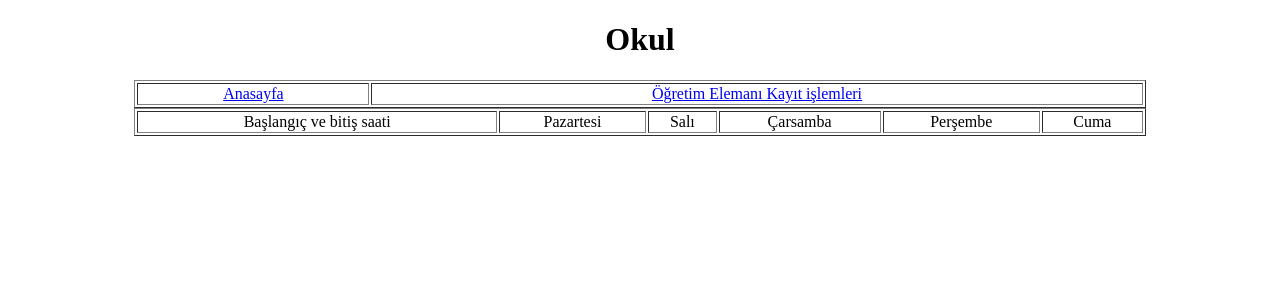
Repository: Egemen-ve-Burakhan-internet-final/final
Page: http://localhost/ogretim/
These files come from the project's save history. The page is drawn as it stood at one moment and after the next save; the edit follows.
The browser window is 1280 px wide. The pictures show the whole page.
The page is served by Tomcat 9. Other server files are loaded and not shown. Queries for data that is not in the repository find no rows.

Above is the page before, as saved 2020-05-30 13:57:27.

### okul/ogretim/WebContent/index.jsp
<%@ page language="java" contentType="text/html; charset=UTF-8"
    pageEncoding="UTF-8"%>
   <%@ page import="java.sql.DriverManager"%>
   <%@ page import="java.sql.ResultSet"%>
   <%@ page import="java.sql.Statement"%>
   <%@ page import="java.sql.Connection"%>
<!DOCTYPE html>
<html>
	<head>
		<title>Ana Sayfa</title>
	</head>
	<body>
            <%
                Connection connection = DriverManager.getConnection(
                "jdbc:sqlserver://localhost:1433;databaseName=okuldb;integratedSecurity=true;");

            Statement statement1 = connection.createStatement();
            Statement statement2 = connection.createStatement();
            Statement statement3 = connection.createStatement();
            Statement statement4 = connection.createStatement();
            Statement statement5 = connection.createStatement();
            Statement statement6 = connection.createStatement();
            Statement statement7 = connection.createStatement();
            Statement statement8 = connection.createStatement();
            Statement statement9 = connection.createStatement();
            Statement statement10 = connection.createStatement();
            Statement statement11 = connection.createStatement();
            Statement statement12 = connection.createStatement();

            ResultSet resultset1 = statement1.executeQuery("select * from dersler where ders_id=1 and dolu =1");
            ResultSet resultset2 = statement2.executeQuery("select * from dersler where ders_id=2 and dolu =1");
            ResultSet resultset3 = statement3.executeQuery("select * from dersler where ders_id=3 and dolu =1");
            ResultSet resultset4 = statement4.executeQuery("select * from dersler where ders_id=4 and dolu =1");
            ResultSet resultset5 = statement5.executeQuery("select * from dersler where ders_id=5 and dolu =1");
            ResultSet resultset6 = statement6.executeQuery("select * from dersler where ders_id=6 and dolu =1");
            ResultSet resultset7 = statement7.executeQuery("select * from dersler where ders_id=7 and dolu =1");
            ResultSet resultset8 = statement8.executeQuery("select * from dersler where ders_id=8 and dolu =1");
            ResultSet resultset9 = statement9.executeQuery("select * from dersler where ders_id=9 and dolu =1");
            ResultSet resultset10= statement10.executeQuery("select * from dersler where ders_id=10 and dolu =1");
            ResultSet resultset11= statement11.executeQuery("select * from dersler where ders_id=11 and dolu =1");
            ResultSet resultset12= statement12.executeQuery("select * from dersler where ders_id=12 and dolu =1");

            Statement statement13 = connection.createStatement();
            Statement statement14 = connection.createStatement();
            Statement statement15 = connection.createStatement();
            Statement statement16 = connection.createStatement();
            Statement statement17 = connection.createStatement();
            Statement statement18 = connection.createStatement();
            Statement statement19 = connection.createStatement();
            Statement statement20 = connection.createStatement();
            Statement statement21 = connection.createStatement();
            Statement statement22 = connection.createStatement();
            Statement statement23 = connection.createStatement();
            Statement statement24 = connection.createStatement();

            ResultSet ogr1 = statement13.executeQuery("select * from ogretmen_kayit where ders_secim = 1");
            ResultSet ogr2 = statement14.executeQuery("select * from ogretmen_kayit where ders_secim = 2");
            ResultSet ogr3 = statement15.executeQuery("select * from ogretmen_kayit where ders_secim = 3");
            ResultSet ogr4 = statement16.executeQuery("select * from ogretmen_kayit where ders_secim = 4");
            ResultSet ogr5 = statement17.executeQuery("select * from ogretmen_kayit where ders_secim = 5");
            ResultSet ogr6 = statement18.executeQuery("select * from ogretmen_kayit where ders_secim = 6");
            ResultSet ogr7 = statement19.executeQuery("select * from ogretmen_kayit where ders_secim = 7");
            ResultSet ogr8 = statement20.executeQuery("select * from ogretmen_kayit where ders_secim = 8");
            ResultSet ogr9 = statement21.executeQuery("select * from ogretmen_kayit where ders_secim = 9");
            ResultSet ogr10 = statement22.executeQuery("select * from ogretmen_kayit where ders_secim = 10");
            ResultSet ogr11 = statement23.executeQuery("select * from ogretmen_kayit where ders_secim = 11");
            ResultSet ogr12 = statement24.executeQuery("select * from ogretmen_kayit where ders_secim = 12");

            %>

		    <div>

				<div>
					<h1 style="text-align:center">Okul</h1>
				</div>

				<div>
					<table border=1px; width="80%" align= center>
						<tr>
							<td style="text-align:center"><a href="index.jsp">Anasayfa</a></td>
							<td style="text-align:center"><a href="ogretmen_kayit.jsp">Öğretim Elemanı Kayıt işlemleri</a></td>
						</tr>
					</table>
				</div>

				<div>

					<table border = 1px; align = center width=80% style="text-align:center">

					  <tr>
						<td>Başlangıç ve bitiş saati</td>
						<td>Pazartesi</td>
						<td>Salı</td>
						<td>Çarsamba</td>
						<td>Perşembe</td>
						<td>Cuma</td>

					  </tr>
			            <% while(resultset1.next()){ %>
			            <% while(resultset2.next()){ %>
			            <% while(resultset3.next()){ %>
			            <% while(resultset4.next()){ %>
			            <% while(resultset5.next()){ %>
			            <% while(resultset6.next()){ %>
			            <% while(resultset7.next()){ %>
			            <% while(resultset8.next()){ %>
			            <% while(resultset9.next()){ %>
			            <% while(resultset10.next()){ %>
			            <% while(resultset11.next()){ %>
			            <% while(resultset12.next()){ %>

			            <% while(ogr1.next()){ %>
			            <% while(ogr2.next()){ %>
			            <% while(ogr3.next()){ %>
			            <% while(ogr4.next()){ %>
			            <% while(ogr5.next()){ %>
			            <% while(ogr6.next()){ %>
			            <% while(ogr7.next()){ %>
			            <% while(ogr8.next()){ %>
			            <% while(ogr9.next()){ %>
			            <% while(ogr10.next()){ %>
			            <% while(ogr11.next()){ %>
			            <% while(ogr12.next()){ %>
			           <tr>
			            	<td> 9:00 - 9:45 </td>
			            	<td> <%= resultset1.getString("ders_adi") %> <br> (<%= ogr1.getString("ogretmen_unvan") %> <%= ogr1.getString("ogretmen_adi") %>) </td>
			            	<td> <%= resultset5.getString("ders_adi") %> <br> (<%= ogr5.getString("ogretmen_unvan") %> <%= ogr5.getString("ogretmen_adi") %>) </td>
			                <td> <%= resultset9.getString("ders_adi") %> <br> (<%= ogr9.getString("ogretmen_unvan") %> <%= ogr9.getString("ogretmen_adi") %>) </td>
			                <td> <%= resultset1.getString("ders_adi") %> <br> (<%= ogr1.getString("ogretmen_unvan") %> <%= ogr1.getString("ogretmen_adi") %>) </td>
			                <td> <%= resultset9.getString("ders_adi") %> <br> (<%= ogr9.getString("ogretmen_unvan") %> <%= ogr9.getString("ogretmen_adi") %>) </td>

			           </tr>

			           <tr>
			                <td> 10:00 - 10:45 </td>
			            	<td> <%= resultset1.getString("ders_adi") %> <br> (<%= ogr1.getString("ogretmen_unvan") %> <%= ogr1.getString("ogretmen_adi") %>) </td>
			            	<td> <%= resultset5.getString("ders_adi") %> <br> (<%= ogr5.getString("ogretmen_unvan") %> <%= ogr5.getString("ogretmen_adi") %>) </td>
			                <td> <%= resultset9.getString("ders_adi") %> <br> (<%= ogr9.getString("ogretmen_unvan") %> <%= ogr9.getString("ogretmen_adi") %>) </td>
			                <td> <%= resultset1.getString("ders_adi") %> <br> (<%= ogr1.getString("ogretmen_unvan") %> <%= ogr1.getString("ogretmen_adi") %>) </td>
			                <td> <%= resultset9.getString("ders_adi") %> <br> (<%= ogr9.getString("ogretmen_unvan") %> <%= ogr9.getString("ogretmen_adi") %>) </td>
			           </tr>

			           <tr>
			            	<td> 11:00 - 11:45 </td>
			            	<td> <%= resultset2.getString("ders_adi") %> <br> (<%= ogr2.getString("ogretmen_unvan") %> <%= ogr2.getString("ogretmen_adi") %>) </td>
			            	<td> <%= resultset6.getString("ders_adi") %> <br> (<%= ogr6.getString("ogretmen_unvan") %> <%= ogr6.getString("ogretmen_adi") %>) </td>
                            <td> <%= resultset3.getString("ders_adi") %> <br> (<%= ogr3.getString("ogretmen_unvan") %> <%= ogr3.getString("ogretmen_adi") %>) </td>
			            	<td> <%= resultset9.getString("ders_adi") %> <br> (<%= ogr9.getString("ogretmen_unvan") %> <%= ogr9.getString("ogretmen_adi") %>) </td>
			            	<td> <%= resultset6.getString("ders_adi") %> <br> (<%= ogr6.getString("ogretmen_unvan") %> <%= ogr6.getString("ogretmen_adi") %>) </td>

			           </tr>
			           <tr>
			                <td> 11:55 - 12:40 </td>
			            	<td> <%= resultset2.getString("ders_adi") %> <br> (<%= ogr2.getString("ogretmen_unvan") %> <%= ogr2.getString("ogretmen_adi") %>) </td>
			            	<td> <%= resultset6.getString("ders_adi") %> <br> (<%= ogr6.getString("ogretmen_unvan") %> <%= ogr6.getString("ogretmen_adi") %>) </td>
                            <td> <%= resultset3.getString("ders_adi") %> <br> (<%= ogr3.getString("ogretmen_unvan") %> <%= ogr3.getString("ogretmen_adi") %>) </td>
			            	<td> <%= resultset9.getString("ders_adi") %> <br> (<%= ogr9.getString("ogretmen_unvan") %> <%= ogr9.getString("ogretmen_adi") %>) </td>
			            	<td> <%= resultset6.getString("ders_adi") %> <br> (<%= ogr6.getString("ogretmen_unvan") %> <%= ogr6.getString("ogretmen_adi") %>) </td>
			           </tr>

			           <tr>
			                <td colspan = "6"> ÖĞLEN ARASI </td>
			           </tr>

			           <tr>
			            	<td> 13:25 - 14:10 </td>
			            	<td> <%= resultset3.getString("ders_adi") %> <br> (<%= ogr3.getString("ogretmen_unvan") %> <%= ogr3.getString("ogretmen_adi") %>) </td>
			            	<td> <%= resultset8.getString("ders_adi") %> <br> (<%= ogr8.getString("ogretmen_unvan") %> <%= ogr8.getString("ogretmen_adi") %>) </td>
			            	<td> <%= resultset8.getString("ders_adi") %> <br> (<%= ogr8.getString("ogretmen_unvan") %> <%= ogr8.getString("ogretmen_adi") %>) </td>
			            	<td> <%= resultset11.getString("ders_adi") %> <br>(<%= ogr11.getString("ogretmen_unvan") %> <%= ogr11.getString("ogretmen_adi") %>) </td>
			            	<td> <%= resultset1.getString("ders_adi") %> <br> (<%= ogr1.getString("ogretmen_unvan") %> <%= ogr1.getString("ogretmen_adi") %>) </td>
			           </tr>
			           <tr>
			                <td> 14:25 - 15:10 </td>
			            	<td> <%= resultset3.getString("ders_adi") %> <br> (<%= ogr3.getString("ogretmen_unvan") %> <%= ogr3.getString("ogretmen_adi") %>) </td>
			            	<td> <%= resultset8.getString("ders_adi") %> <br> (<%= ogr8.getString("ogretmen_unvan") %> <%= ogr8.getString("ogretmen_adi") %>) </td>
			            	<td> <%= resultset8.getString("ders_adi") %> <br> (<%= ogr8.getString("ogretmen_unvan") %> <%= ogr8.getString("ogretmen_adi") %>) </td>
			            	<td> <%= resultset11.getString("ders_adi") %> <br>(<%= ogr11.getString("ogretmen_unvan") %> <%= ogr11.getString("ogretmen_adi") %>) </td>
			            	<td> <%= resultset1.getString("ders_adi") %> <br> (<%= ogr1.getString("ogretmen_unvan") %> <%= ogr1.getString("ogretmen_adi") %>) </td>
			           </tr>

			           <tr>
			            	<td> 15:25 - 16:10 </td>
			            	<td> <%= resultset4.getString("ders_adi") %> <br> (<%= ogr4.getString("ogretmen_unvan") %> <%= ogr4.getString("ogretmen_adi") %>) </td>
			            	<td> <%= resultset2.getString("ders_adi") %> <br> (<%= ogr2.getString("ogretmen_unvan") %> <%= ogr2.getString("ogretmen_adi") %>) </td>
			            	<td> <%= resultset7.getString("ders_adi") %> <br> (<%= ogr7.getString("ogretmen_unvan") %> <%= ogr7.getString("ogretmen_adi") %>) </td>
			            	<td> <%= resultset12.getString("ders_adi") %> <br>(<%= ogr12.getString("ogretmen_unvan") %> <%= ogr12.getString("ogretmen_adi") %>) </td>
			            	<td> <%= resultset7.getString("ders_adi") %> <br> (<%= ogr7.getString("ogretmen_unvan") %> <%= ogr7.getString("ogretmen_adi") %>) </td>
			           </tr>
			           <tr>
			                <td> 16:20 - 17:05 </td>
			            	<td> <%= resultset4.getString("ders_adi") %> <br> (<%= ogr4.getString("ogretmen_unvan") %> <%= ogr4.getString("ogretmen_adi") %>) </td>
			            	<td> <%= resultset2.getString("ders_adi") %> <br> (<%= ogr2.getString("ogretmen_unvan") %> <%= ogr2.getString("ogretmen_adi") %>) </td>
			            	<td> <%= resultset7.getString("ders_adi") %> <br> (<%= ogr7.getString("ogretmen_unvan") %> <%= ogr7.getString("ogretmen_adi") %>) </td>
			            	<td> <%= resultset10.getString("ders_adi") %> <br>(<%= ogr10.getString("ogretmen_unvan") %> <%= ogr10.getString("ogretmen_adi") %>) </td>
			            	<td> <%= resultset7.getString("ders_adi") %> <br> (<%= ogr7.getString("ogretmen_unvan") %> <%= ogr7.getString("ogretmen_adi") %>) </td>

			           </tr>
			        <% }
			       	   }
			           }
			           }
			           }
			           }
			           }
			           }
			           }
			           }
			           }
			           }

			           }
			       	   }
			           }
			           }
			           }
			           }
			           }
			           }
			           }
			           }
			           }
			           } %>
					</table>
			    </div>

		    </div>
    </body>
</html>

After the next save:
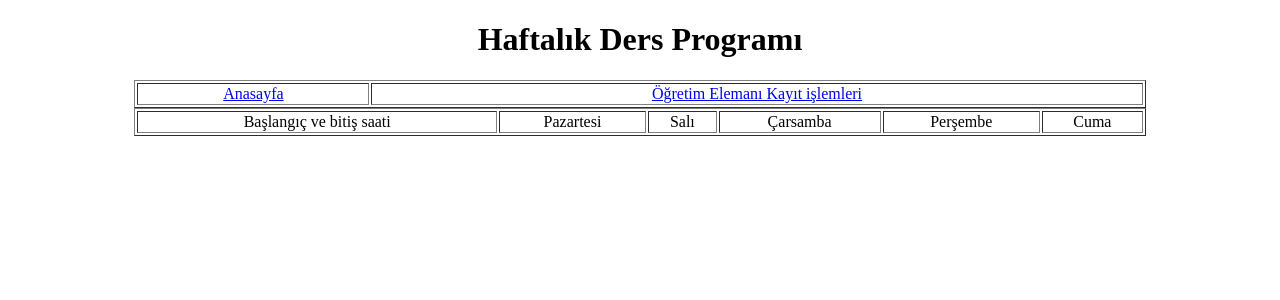
Saved 23 s later.
--- a/okul/ogretim/WebContent/index.jsp
+++ b/okul/ogretim/WebContent/index.jsp
@@ -71,7 +71,7 @@
 		    <div>
 
 				<div>
-					<h1 style="text-align:center">Okul</h1>
+					<h1 style="text-align:center">Haftalık Ders Programı</h1>
 				</div>
 
 				<div>
